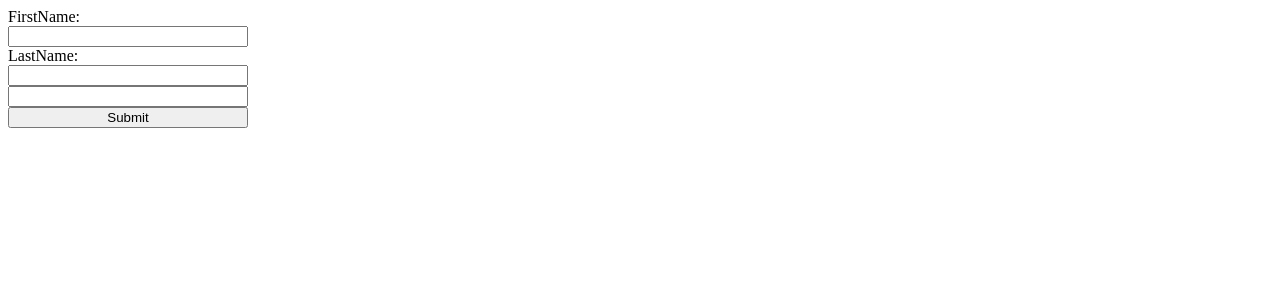
Repository: Vijay-aura/Wicket
Page: wicket-practice/src/main/java/com/form/InputFieldsPage.html
An editor plug-in stored every save of this project. The page is shown before and after the next save, followed by the edit.
The browser window is 1280 px wide. The pictures show the whole page.

Above is the page before, as saved 2024-03-04 12:47:23.

After the next save:
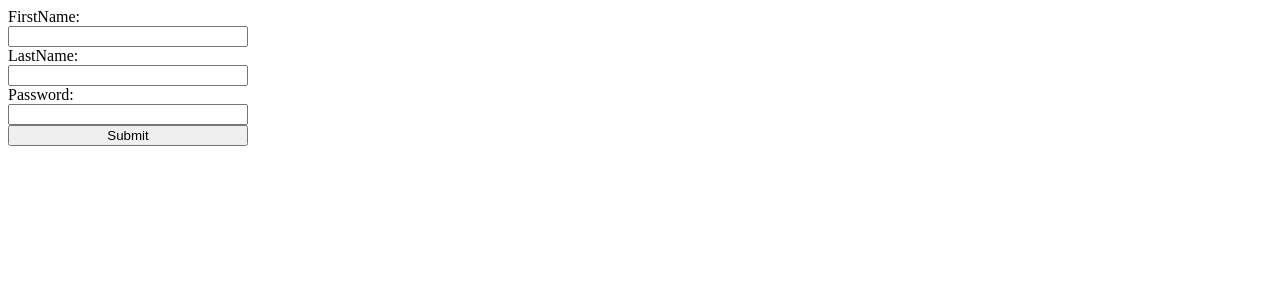
Saved 45 s later.
--- a/wicket-practice/src/main/java/com/form/InputFieldsPage.html
+++ b/wicket-practice/src/main/java/com/form/InputFieldsPage.html
@@ -18,7 +18,7 @@
 	<form wicket:id="form" class="form">
 		FirstName: <input type="text" wicket:id="firstName"> LastName:
 		<input type="text" wicket:id="lastName">
-		<input type="password" wicket:id="password">
+		Password: <input type="password" wicket:id="password">
 		<button wicket:id="button">Submit</button>
 	</form>
 	<div wicket:id="detailsContainer">
